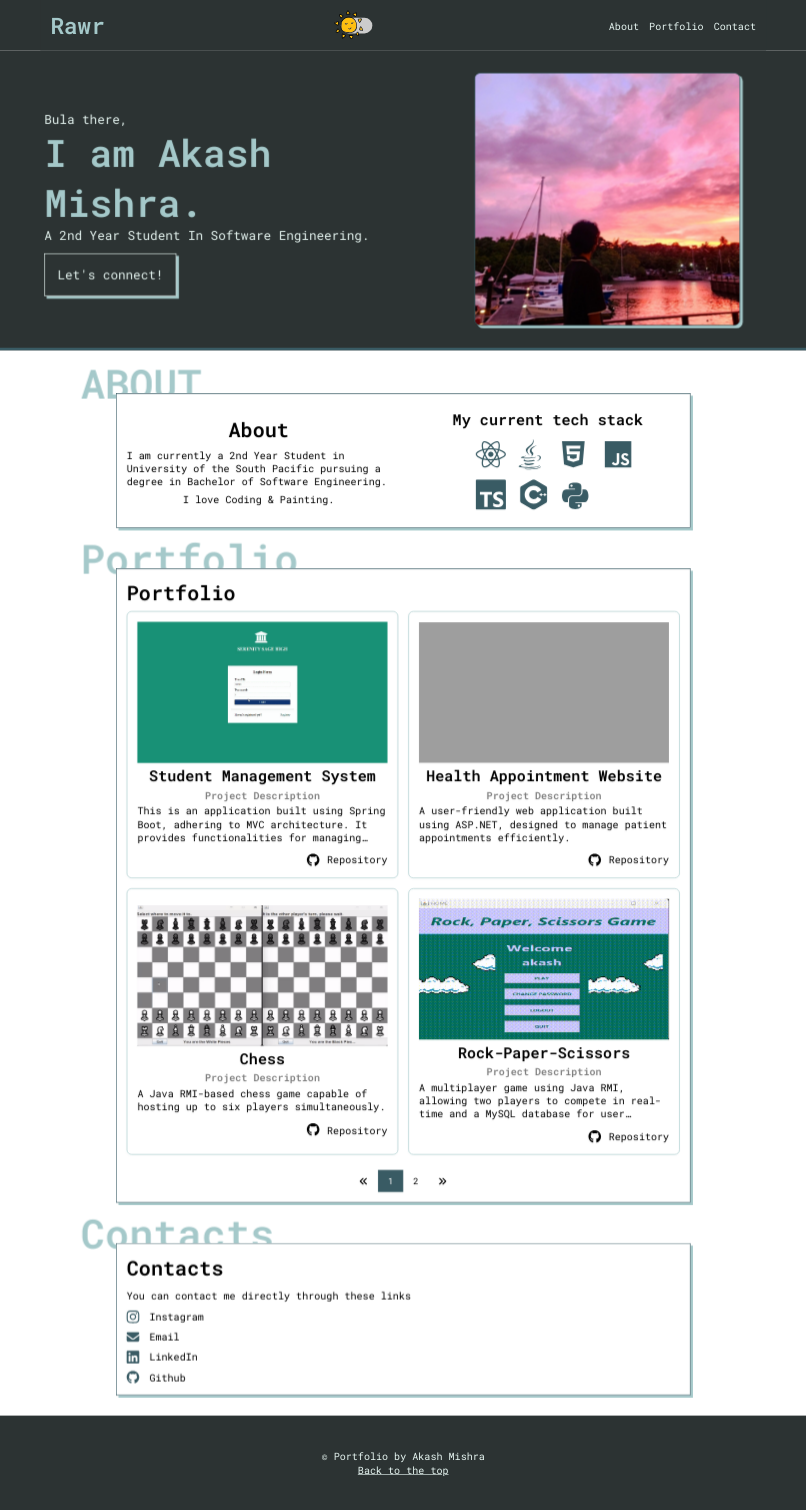
Repository: akashrawr/portfolio
Page: /
An editor plug-in stored every save of this project. The page is shown before and after the next save, followed by the edit.
The browser window is 1280 px wide. The pictures show the whole page, at 63% of full size.
Pictures or frames that could not be fetched are drawn as grey boxes. The project was rebuilt for these pictures with package versions that can differ from the ones it lists, and the page was loaded fresh each time.

Above is the page before, as saved 2024-12-12 13:28:01.

### public/index.html
<!DOCTYPE html>
<html lang="en">
  <head>
    <meta charset="utf-8" />
    <link rel="icon" href="%PUBLIC_URL%/favicon.ico" />
    <meta name="viewport" content="width=device-width, initial-scale=1" />
    <meta name="theme-color" content="#000000" />
    <meta
      name="description"
      content="Personal web Portfolio"
    />
    <link rel="apple-touch-icon" href="%PUBLIC_URL%/logo192.png" />
    <!--
      manifest.json provides metadata used when your web app is installed on a
      user's mobile device or desktop. See https://developers.google.com/web/fundamentals/web-app-manifest/
    -->
    <link rel="manifest" href="%PUBLIC_URL%/manifest.json" />
    <!--
      Notice the use of %PUBLIC_URL% in the tags above.
      It will be replaced with the URL of the `public` folder during the build.
      Only files inside the `public` folder can be referenced from the HTML.

      Unlike "/favicon.ico" or "favicon.ico", "%PUBLIC_URL%/favicon.ico" will
      work correctly both with client-side routing and a non-root public URL.
      Learn how to configure a non-root public URL by running `npm run build`.
    -->
    <title>akashrawr</title>
  </head>
  <body>
    <noscript>You need to enable JavaScript to run this app.</noscript>
    <div id="root"></div>
    <!--
      This HTML file is a template.
      If you open it directly in the browser, you will see an empty page.

      You can add webfonts, meta tags, or analytics to this file.
      The build step will place the bundled scripts into the <body> tag.

      To begin the development, run `npm start` or `yarn start`.
      To create a production bundle, use `npm run build` or `yarn build`.
    -->
  </body>
</html>

### src/App.js
import React, { useState, useEffect } from 'react';
import './App.css';
import AOS from 'aos';
import 'aos/dist/aos.css';

// Import components
import Header from './components/Header';
import Hero from './components/Hero';
import About from './components/About';
import Portfolio from './components/Portfolio';
import Contact from './components/Contact';
import Footer from './components/Footer';

function App() {
  useEffect(() => {
    AOS.init({ once: true, delay: 0 });
  }, []);

  const [isNavVisible, setIsNavVisible] = useState(false);
  const [darkMode, setDarkMode] = useState(false);

  const toggleNav = () => {
    setIsNavVisible(!isNavVisible);
  };

  const toggleDarkMode = () => {
    setDarkMode(!darkMode);
    document.body.classList.toggle('dark-mode', !darkMode);
  };

  return (
    <div>
      <Header
        isNavVisible={isNavVisible}
        toggleNav={toggleNav}
        darkMode={darkMode}
        toggleDarkMode={toggleDarkMode}
      />
      <main>
        <Hero />
        <About />
        <Portfolio />
        <Contact />
      </main>
      <Footer />
    </div>
  );
}

export default App;

### src/App.css
@import url("https://fonts.googleapis.com/css2?family=Roboto+Mono:wght@300;400;600&display=swap");

:root {
  --primary-color: #2c3333;
  --secondary-color: #395b64;
  --accent-1: #a5c9ca;
  --accent-2: #e7f6f2;
  --neutral-1: black;
  --neutral-2: white;
  --neutral-3: white;
  --neutral-4: black;
  --icon-1: #395b64;

  --dark-primary-color: #121212;
  --dark-secondary-color: #1f1f1f;
  --dark-accent-1: #6c757d;
  --dark-accent-2: #adb5bd;
  --dark-neutral-1: #ffffff;
  --dark-neutral-2: #121212;
  --dark-neutral-3:#1f1f1f;
  --dark-neutral-4: #938f8f;
  --dark-icon-1: #938f8f;

}

*,
*::after,
*::before {
  margin: 0;
  padding: 0;
  font-family: "Roboto Mono", monospace;
  box-sizing: border-box;


}

html {
  scroll-behavior: smooth;
}

body {
  overflow-x: hidden;
  background-color: var(--neutral-3);
  color: var(--neutral-1);
  font-family: "Roboto Mono", monospace;
}

body.dark-mode {
  --primary-color: var(--dark-primary-color);
  --secondary-color: var(--dark-secondary-color);
  --accent-1: var(--dark-accent-1);
  --accent-2: var(--dark-accent-2);
  --neutral-1: var(--dark-neutral-1);
  --neutral-2: var(--dark-neutral-2);
  --neutral-3: var(--dark-neutral-3);
  --neutral-4: var(--dark-neutral-4);
  --icon-1:var(--dark-icon-1);
}


/* Navbar styles */

header {
  display: flex;
  align-items: center;
  justify-content: center;

  max-width: 100vw;
  background-color: var(--primary-color);
}

a {
  font-size: 14px;
  text-decoration: none;
}

h1 {
  font-family: "Roboto Mono", monospace;
}

.navbar-nav {
  display: flex;
  align-items: center;
  justify-content: space-between;
  background-color: var(--primary-color);
  padding: 1rem;
  width: 90%;
}

.nav-logo {
  grid-column: 1;
}

.nav-logo > h1 {
  font-size: 30px;
  color: var(--accent-1);
}

.primary-nav {
  display: flex;
  list-style: none;
  gap: 16px;

  grid-column: 2;
  justify-self: end;
}

.mobile-nav-toggle {
  display: none;
  cursor: pointer;
}

.nav-link:link,
.nav-link:visited {
  font-size: 16px;
  color: var(--accent-2);

  transition: 300ms ease-in-out;
}

.nav-link:hover {
  font-weight: 600;
  color: var(--accent-1);
}


/* Dark mode toggle button */
.theme-toggle {
  background: none;
  border: none;
  cursor: pointer;
  padding: 8px;
  display: flex;
  align-items: center;
}

.nav-icons {
  --size: 30px;
  width: var(--size);
  aspect-ratio: 1;
  cursor: pointer;
}



@media only screen and (max-width: 35em) {
  .primary-nav {
    position: fixed;
    top: 0;
    right: 0;
    bottom: 0;
    width: 150px; /* Fixed width of 200px */

    flex-direction: column;
    padding: min(15vh, 3rem) 1rem;
    background-color: var(--primary-color);

    z-index: 9999;

    transform: translateX(100%);
    transition: transform 350ms ease-out;
  }

  .nav-link:link,
  .nav-link:visited {
    font-size: 20px;
    color: var(--accent-1);
  }

  .primary-nav[data-visible="true"] {
    transform: translateX(0%);
  }

  .mobile-nav-toggle[aria-expanded="true"] {
    background: url('data:[embedded picture, 416 characters]') center center no-repeat;
  }

  .mobile-nav-toggle {
    display: block;
    position: absolute;
    background: url('data:[embedded picture, 417 characters]') center center no-repeat;

    width: 1.25rem;
    aspect-ratio: 1;

    border: none;

    top: 1.4rem;
    right: 2.5rem;
    z-index: 10000;

    transition: 250ms ease-in-out;
  }
}

/* Section styles */

section {
  display: flex;
  align-items: center;
  justify-content: center;

  max-width: 100vw;
  position: relative;
}

/* HERO */
/* HERO SECTION */
#hero {
  background-color: var(--primary-color);
  border-bottom: 4px solid var(--secondary-color);
  padding: 2.2rem;
}

/* Main container for text and image */
.hero-main-container {
  display: flex;
  flex-wrap: wrap;
  align-items: center;
  justify-content: space-between;
  gap: 16px;
}

/* Text Container */
.hero-container {
  flex: 1;
  display: flex;
  flex-direction: column;
  gap: 16px;
  padding: 2.2rem;
  width: 90%;
  height: 350px;
  animation: fade-in 500ms linear forwards;
}

.hero-text-container > h2 {
  font-size: 28px;
  color: var(--accent-1);
}

.hero-text-container > p {
  font-size: 12px;
  color: var(--accent-2);
}

.hero-button {
  align-self: flex-start;

  font-size: 14px;
  padding: 1em;

  color: var(--accent-2);
  background-color: transparent;

  border: 1px solid var(--accent-2);
  box-shadow: 4px 4px 0px var(--accent-1);

  transition: 300ms ease-in-out;
}

.hero-button:hover {
  background-color: var(--accent-2);
  color: var(--primary-color);
  box-shadow: 6px 6px 0px var(--secondary-color);
}

/* Image Container */
.hero-img {
  flex: 1;
  display: flex;
  justify-content: center;
  align-items: center;
}

.hero-image {
  max-width: 75%;
  height: auto;
  border-radius: 10px;
  box-shadow: 0 4px 8px rgba(0, 0, 0, 0.1);
  border: 1px solid var(--secondary-color);
  background-color: var(--neutral-2);

  width: 100%;


  box-shadow: 4px 4px 0px var(--accent-1);
}


/* Responsive Styles */
@media screen and (max-width: 768px) {
  .hero-main-container {
    flex-direction: column;
  }

  .hero-img {
    margin-top: 20px;
  }

  .hero-text-container {
    text-align: left;
  }
}
.hero-text-container > h2 {
  font-size: 20px;
  color: var(--accent-1);
}
.project-card > h3 {
  font-size: 12px;
  color: var(--secondary-color);
}

/* ABOUT */

#about {
  padding: 2rem;
  margin-top: 36px;
  animation: fade-in 500ms linear forwards;

}

.wave-asset {
  width: 100%;
  position: absolute;

  top: 0;
  left: 0;
}

.about-container {
  display: flex;
  align-items: center;
  justify-content: center;
  background-color: var(--neutral-2);
  width: 90%;
  z-index: 999;
}

.about-card,
.portfolio-card,
.contact-card {
  display: flex;
  flex-direction: column;
  gap: 16px;
  border: 1px solid var(--secondary-color);
  background-color: var(--neutral-2);

  width: 100%;
  padding: 1rem;

  box-shadow: 4px 4px 0px var(--accent-1);
}

.about-content,
.portfolio-content {
  width: 100%;
  display: flex;
  flex-direction: column;
  gap: 8px;
}

.about-content > h2,
.about-content > h3 {
  color: var(--neutral-4);
}

.about-content > p {
  font-size: 12px;
  color: var(--neutral-4);
}

.tech-stack-grid {
  width: 65%;
  display: grid;
  grid-template-columns: repeat(4, 1fr);
  place-items: center;
}

.tech-stack {
  --size: 30px;
  width: var(--size);
  aspect-ratio: 1;
}

/* Portfolio container */

#portfolio {
  padding: 2rem;
  animation: fade-in 500ms linear forwards;
}

.portfolio-container {
  width: 90%;
  z-index: 999;
}

.project-container {
  display: grid;
  grid-template-columns: repeat(2, 1fr);
  gap: 16px;
}

.portfolio-content > h2 {
  color: var(--neutral-4);
}

.project-card {
  display: flex;
  flex-direction: column;
  gap: 4px;

  padding: 1rem;
  border-radius: 8px;
  border: 1px solid var(--accent-1);
}

.project-card > h3 {
  color: var(--neutral-4);
}

.project-card > h5 {
  color: var(--neutral-4);
  opacity: 0.5;
}

.project-card > p {
  font-size: 12px;
  width: 100%;
  display: -webkit-box;
  -webkit-box-orient: vertical;
  -webkit-line-clamp: 3;
  overflow: hidden;
  color: var(--neutral-4);
}

.project-img {
  width: 100%;
  aspect-ratio: 16/9;
}

.project-card-links {
  align-self: flex-end;

  margin-top: 10px;
  display: flex;
  align-items: center;
  gap: 12px;
}

.project-icons {
  --size: 20px;
  width: var(--size);
  aspect-ratio: 1;
}

.project-card-links > a {
  display: flex;
  align-items: center;
  color: var(--neutral-4);
  font-size: 10px;
  gap: 4px;
}

.project-card-links > a:link,
.project-card-links > a:visited {

  color: var(--neutral-4);
}

.project-card-links > a:hover {
  font-weight: 600;
  color: var(--accent-1);
}

/* CONTACT */
#contact {
  padding: 2rem;
  animation: fade-in 500ms linear forwards;
}

.contact-container {
  width: 90%;
  z-index: 999;
}

.contact-card {
  width: 100%;
  gap: 12px;
}
.contact-card > h2 {
    color: var(--neutral-4);
}

.contact-card > p {
  font-size: 12px;
  color: var(--neutral-4);
}

.contact-links {
  display: flex;
  flex-direction: column;
  gap: 8px;
}

.contact-links > a {
  display: flex;
  align-items: center;
  gap: 8px;
}

.contact-links > a:link,
.contact-links > a:visited {
  color: var(--neutral-4);
}

.contact-links > a:hover {
  font-weight: 600;
  color: var(--accent-1);
}
.contact-icons {
  --size: 20px;
  width: var(--size);
  aspect-ratio: 1;
}

/* extras */
.section-highlight {
  font-size: 4rem;
  font-weight: 600;
  opacity: 0.5;
  color: var(--accent-1);

  position: absolute;
  top: 0;
  left: 100px;
}

/* footer */
footer {
  display: flex;
  align-items: center;
  justify-content: center;
  color: var(--accent-2);
  max-width: 100vw;
  background-color: var(--primary-color);
  min-height: 150px;
}

.footer-content {
  text-align: center;
  font-size: 12px;
  width: 90%;

  color: var(--accent-2);
}

.footer-content > a {
  text-decoration: underline;
}

.footer-content > a:link,
.footer-content > a:visited {
  color: var(--accent-2);
}

.footer-content > a:hover {
  color: var(--accent-1);
}
/* media queries */

@media only screen and (max-width: 35em) {
  .hero-container {
    padding: 1rem;
    height: 200px;
  }
  .project-container {
    grid-template-columns: 1fr;
  }
  .tech-stack-grid {
    width: 100%;
  }
  .section-highlight {
    font-size: 3.5rem;
    top: -16px;
    left: 6vw;
  }
}

@media only screen and (min-width: 35em) {
  .hero-container {
    height: 250px;
  }
  .about-container,
  .portfolio-container,
  .contact-container {
    width: 75%;
  }

  .about-card,
  .portfolio-card {
    align-items: center;
    justify-content: center;
    flex-direction: row;
    gap: 20px;
  }

  .section-highlight {
    top: -26px;
    left: 10vw;
  }
}

@media only screen and (min-width: 768px) {
  .nav-logo > h1 {
    font-size: 36px;
  }

  /* hero */
  .hero-container {
    height: 350px;
  }

  .hero-text-container > p {
    font-size: 20px;
  }

  .hero-text-container > h2 {
    font-size: 60px;
  }

  .hero-button {
    font-size: 20px;
  }

  /* about */
  .about-card {
    gap: 40px;
  }

  .about-content > h2 {
    font-size: 32px;
  }

  .about-content > h3 {
    font-size: 24px;
  }

  .about-content > p {
    font-size: 16px;
  }

  .tech-stack-section {
    align-self: flex-start;
    margin-top: 8px;
  }

  .tech-stack {
    --size: 40px;
    width: var(--size);
    aspect-ratio: 1;
  }

  /* portfolio */
  .portfolio-content > h2 {
    font-size: 32px;
  }

  .project-card > h3 {
    font-size: 24px;
  }

  .project-card > h5,
  .project-card > p {
    font-size: 16px;
  }

  .project-card-links > a {
    font-size: 16px;
  }

  /* contacts */
  .contact-card > h2 {
    font-size: 32px;
  }

  .contact-card > p {
    font-size: 16px;
  }

  .contact-links > a {
    font-size: 16px;
  }
  .footer-content,
  .footer-content > a {
    font-size: 16px;
  }
}

@media only screen and (min-width: 1024px) {
  .section-highlight {
    top: -26px;
    left: 10vw;
  }
}

@keyframes fade-in {
  0% {
    opacity: 0;
  }
  100% {
    opacity: 1;
  }
}

/* Adjust specific sections as needed for React-specific behaviors */
.primary-nav.visible {
  transform: translateX(0%);
}

/* The switch - the box around the slider */
.switch {
  position: relative;
  display: inline-block;
  width: 50px;
  height: 25px;
}

/* Hide default HTML checkbox */
.switch input {
  opacity: 0;
  width: 0;
  height: 0;
}

/* The slider */
.slider {
  position: absolute;
  cursor: pointer;
  top: 0;
  left: 0;
  right: 0;
  bottom: 0;
  background-color: #ccc;
  -webkit-transition: .4s;
  transition: .4s;
  border-radius: 25px; /* Rounded edges for the slider */
  display: flex;

  align-items: center;
}

/* Adjust the icon size to 48x48 pixels */
.slider .icon {
  position: absolute;
  width: 48px;
  height: 48px;
  transition: .4s;
}

/* When the input is checked (dark mode is on) */
input:checked + .slider {
  background-color: #3e4346; /* Change background color on check */
}

input:focus + .slider {
  box-shadow: 0 0 1px #2196F3;
}

/* Move the icons when the input is checked (dark mode) */
input:checked + .slider .icon {
  transform: translateX(20px); /* Move the icon to the right */
}

/* Default state (light mode) */
input:not(:checked) + .slider .icon {
  transform: translateX(-15px) translateY(-2px); /* Icon remains in the default position */
  width: 52px; /* Further reduced icon size for very small screens */
  height: 52px; /* Further reduced icon size for very small screens */
}

.about-icon {
  color: var(--icon-1); /* Change to any shade of blue you prefer */
  font-size: 3rem; /* Adjust size as needed */
  margin: 0.5rem;
}

.project-icons {
  margin-right: 0.5rem; /* Space between icon and text */
  font-size: 1.5rem; /* Adjust icon size */
  color: inherit; /* Match the color of the link */
}

.contact-icons {
  margin-right: 0.5rem; /* Space between icon and text */
  font-size: 1.5rem; /* Adjust icon size */
  color: var(--icon-1);
}


.pagination {
  display: flex;
  justify-content: center;
  align-items: center;
  margin-top: 1rem;
}

.pagination a {
  color: var(--neutral-4);
  padding: 8px 16px;
  text-decoration: none;
}

.pagination a.active {
  background-color: #395b64;
  color: white;
}

.pagination a:disabled {
  color: grey;
  pointer-events: none;
}

### src/components/Header.js
import React from 'react';
import { FontAwesomeIcon } from '@fortawesome/react-fontawesome';

function Header({ isNavVisible, toggleNav, darkMode, toggleDarkMode }) {
  return (
    <header>
      <nav className="navbar-nav">
        <div className="nav-logo">
          <h1>Rawr</h1>
        </div>

        <label className="switch" aria-label="Toggle dark mode">
          <input
            type="checkbox"
            checked={darkMode}
            onChange={toggleDarkMode}
            aria-checked={darkMode}
          />
          <span className="slider round">
            {!darkMode ? (
              <img className="icon" src="./assets/icons/sun.svg" alt="Light Mode" />
            ) : (
              <img className="icon" src="./assets/icons/moon.svg" alt="Dark Mode" />
            )}
          </span>
        </label>

        <button
          className="mobile-nav-toggle"
          aria-controls="primary-nav"
          aria-expanded={isNavVisible}
          onClick={toggleNav}
        >
          <FontAwesomeIcon icon="fa-solid fa-angles-left" />
        </button>

        <ul
          id="primary-nav"
          className={`primary-nav ${isNavVisible ? 'visible' : ''}`}
          data-visible={isNavVisible}
        >
          <li>
            <a className="nav-link" href="#about" onClick={toggleNav}>About</a>
          </li>
          <li>
            <a className="nav-link" href="#portfolio" onClick={toggleNav}>Portfolio</a>
          </li>
          <li>
            <a className="nav-link" href="#contact" onClick={toggleNav}>Contact</a>
          </li>
        </ul>
      </nav>
    </header>
  );
}

export default Header;

### src/components/Hero.js
import React from 'react';

function Hero() {
  return (
    <section id="hero">
      <div className="hero-main-container">
        {/* Text and Button Container */}
        <div className="hero-container">
          <div className="hero-text-container" data-aos="fade-up">
            <p>Bula there,</p>
            <h2>I am Akash Mishra.</h2>
            <p>A 2nd Year Student In Software Engineering.</p>
          </div>
          <a href="#contact" className="hero-button" data-aos="fade-up">
            Let's connect!
          </a>
        </div>

        {/* Image Container */}
        <div className="hero-img" data-aos="fade-up">
          <img className="hero-image" src="./assets/images/akash.jpg" alt="akash" />
        </div>
      </div>
    </section>
  );
}

export default Hero;

### src/components/About.js
import React from 'react';
import { FontAwesomeIcon } from '@fortawesome/react-fontawesome';
import { faReact, faJava, faHtml5, faJs, faPython } from '@fortawesome/free-brands-svg-icons';
import { SiTypescript, SiCplusplus } from 'react-icons/si';

function About() {
  return (
    <section id="about">
      <div className="section-highlight" data-aos="fade-up">ABOUT</div>
      <div className="about-container" data-aos="fade-up">
        <div className="about-card">
          <section className="about-content">
            <h2>About</h2>
            <p>I am currently a 2nd Year Student in University of the South Pacific pursuing a degree in Bachelor of Software Engineering.</p>
            <p>I love Coding & Painting.</p>
          </section>

          <section className="about-content tech-stack-section">
            <h3>My current tech stack</h3>
            <div className="tech-stack-grid">
              <div className="tech-stack">
                <FontAwesomeIcon icon={faReact} className="about-icon" />
              </div>
              <div className="tech-stack">
                <FontAwesomeIcon icon={faJava} className="about-icon" />
              </div>
              <div className="tech-stack">
                <FontAwesomeIcon icon={faHtml5} className="about-icon" />
              </div>
              <div className="tech-stack">
                <FontAwesomeIcon icon={faJs} className="about-icon" />
              </div>
              <div className="tech-stack">
                <SiTypescript className="about-icon ts-icon" />
              </div>
              <div className="tech-stack">
                <SiCplusplus className="about-icon cpp-icon" />
              </div>
              <div className="tech-stack">
                <FontAwesomeIcon icon={faPython} className="about-icon" />
              </div>
            </div>
          </section>
        </div>
      </div>
    </section>
  );
}

export default About;

### src/components/Contact.js
import React from 'react';
import { FontAwesomeIcon } from '@fortawesome/react-fontawesome';
import {
  faInstagram,
  faGithub,
  faLinkedin
} from '@fortawesome/free-brands-svg-icons';
import {
  faEnvelope
} from '@fortawesome/free-solid-svg-icons';

function Contact() {
  return (
    <section id="contact">
      <h2 className="section-highlight" data-aos="fade-up">Contacts</h2>
      <div className="contact-container" data-aos="fade-up">
        <div className="contact-card">
          <h2>Contacts</h2>
          <p>You can contact me directly through these links</p>

          <div className="contact-links">
            <a href="https://www.instagram.com/_acnologxa" className="contact-link">
              <FontAwesomeIcon icon={faInstagram} className="contact-icons" />
              Instagram
            </a>

            <a href="mailto:akashkm553@gmail.com" className="contact-link">
              <FontAwesomeIcon icon={faEnvelope} className="contact-icons" />
              Email
            </a>

            <a href="https://www.linkedin.com/in/akashmishra-rawr" className="contact-link">
              <FontAwesomeIcon icon={faLinkedin} className="contact-icons" />
              LinkedIn
            </a>

            <a href="https://github.com/akashrawr" className="contact-link">
              <FontAwesomeIcon icon={faGithub} className="contact-icons" />
              Github
            </a>
          </div>
        </div>
      </div>
    </section>
  );
}

export default Contact;

### src/components/Footer.js
import React from 'react';

function Footer() {
  return (
    <footer>
      <div className="footer-content">
        © Portfolio by Akash Mishra <br/>
        <a href="#hero">Back to the top</a>
      </div>
    </footer>
  );
}

export default Footer;

Loaded but not shown: src/index.js (common file); src/index.css (common file); src/reportWebVitals.js (common file); src/components/Portfolio.js (95 lines, source omitted); src/data/projects.js (61 lines, source omitted)

After the next save:
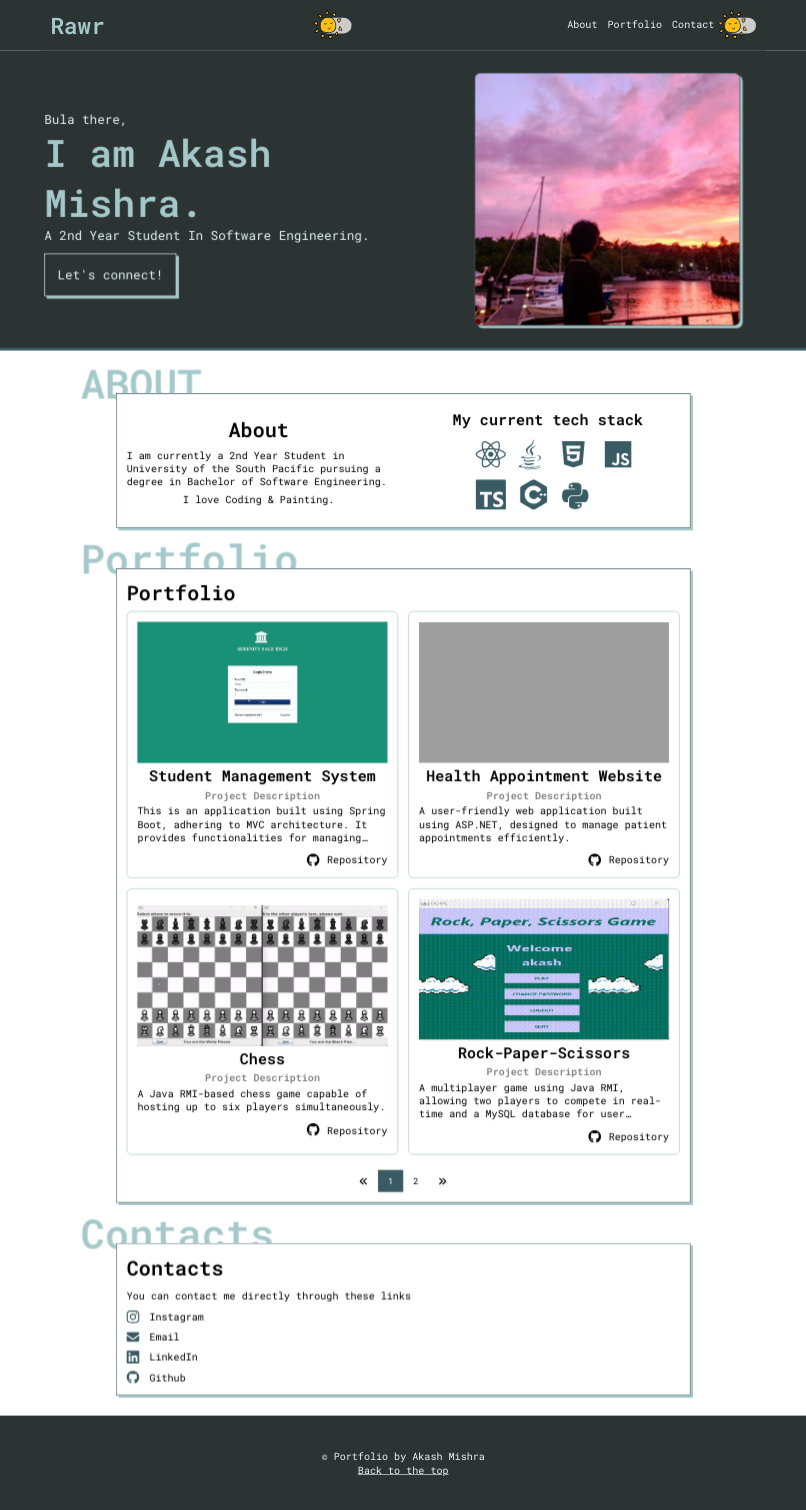
Saved 38 s later.
--- a/src/components/Header.js
+++ b/src/components/Header.js
@@ -48,6 +48,23 @@ function Header({ isNavVisible, toggleNav, darkMode, toggleDarkMode }) {
           <li>
             <a className="nav-link" href="#contact" onClick={toggleNav}>Contact</a>
           </li>
+          <li>
+            <label className="switch" aria-label="Toggle dark mode">
+              <input
+                type="checkbox"
+                checked={darkMode}
+                onChange={toggleDarkMode}
+                aria-checked={darkMode}
+              />
+              <span className="slider round">
+                {!darkMode ? (
+                  <img className="icon" src="./assets/icons/sun.svg" alt="Light Mode" />
+                ) : (
+                  <img className="icon" src="./assets/icons/moon.svg" alt="Dark Mode" />
+                )}
+              </span>
+            </label>
+          </li>
         </ul>
       </nav>
     </header>
